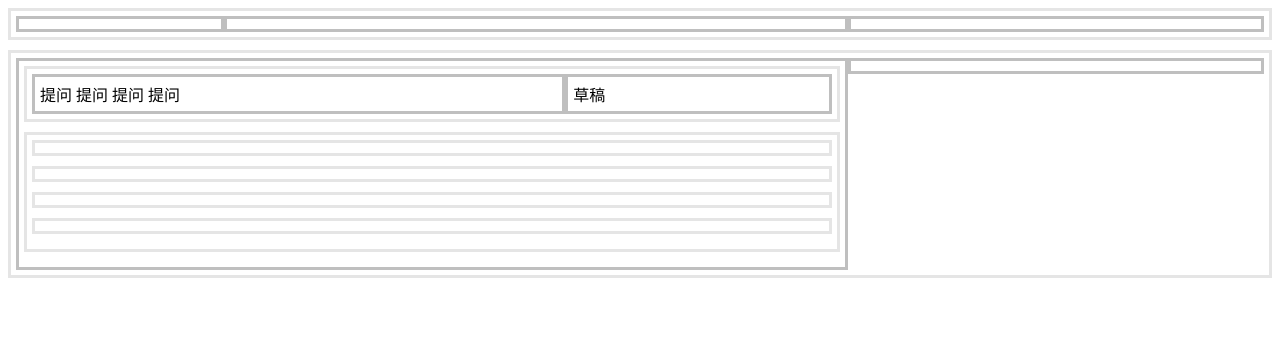
Repository: 0xbul1/biao-class-3
Page: practice/012-float-grid/zhihu.html
An editor plug-in stored every save of this project. The page is shown before and after the next save, followed by the edit.
The browser window is 1280 px wide. The pictures show the whole page.

Above is the page before, as saved 2018-10-04 14:15:11.

### practice/012-float-grid/zhihu.html
<style>
    * {
        box-sizing: border-box;
    }
    .row {
        border: solid rgba(0, 0, 0, .1);
        margin-bottom: 10px;
        padding: 5px;
    }
    .row::before,
    .row::after {
        content: '';
        display: block;
        clear: both;
    }
    .col-1,
    .col-2,
    .col-3,
    .col-4,
    .col-5,
    .col-6,
    .col-7,
    .col-8,
    .col-9,
    .col-10,
    .col-11,
    .col-12,
    .col {
        float: left;
        padding: 5px;
        border: solid rgba(0, 0, 0, .25);
    }
    .col-1 {
        width: 8.333333333333333%;
    }
    .col-2 {
        width: 16.666666666666666%;
    }
    .col-3 {
        width: 25%;
    }
    .col-4 {
        width: 33.333333333333333%;
    }
    .col-5 {
        width: 41.666666666666666%;
    }
    .col-6 {
        width: 50%;
    }
    .col-7 {
        width: 58.333333333333333%;
    }
    .col-8 {
        width: 66.666666666666666%;
    }
    .col-9 {
        width: 75%;
    }
    .col-10 {
        width: 83.333333333333333%;
    }
    .col-11 {
        width: 91.666666666666666%;
    }
    .col-12 {
        width: 100%;
    }
</style>
<div class="row nav">
    <div class="col-2"></div>
    <div class="col-6"></div>
    <div class="col-4"></div>
</div>
<div class="row">
    <div class="col-8 content">
        <div class="row tool">
            <div class="col-8"> 提问 提问 提问 提问</div>
            <div class="col-4">草稿</div>
        </div>
        <div class="row activity">
            <div class="row"></div>
            <div class="row"></div>
            <div class="row"></div>
            <div class="row"></div>
        </div>
    </div>
    <div class="col-4 sidebar"></div>
</div>

After the next save:
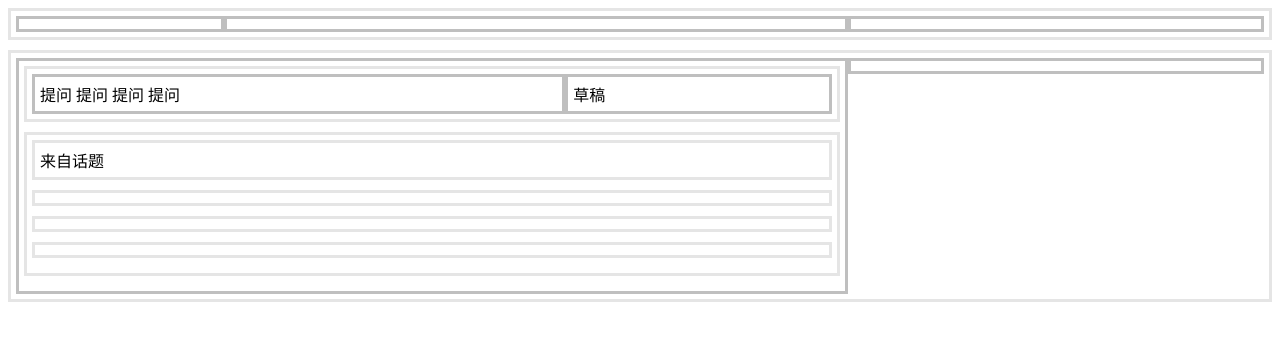
Saved 22 s later.
--- a/practice/012-float-grid/zhihu.html
+++ b/practice/012-float-grid/zhihu.html
@@ -79,7 +79,7 @@
             <div class="col-4">草稿</div>
         </div>
         <div class="row activity">
-            <div class="row"></div>
+            <div class="row">来自话题</div>
             <div class="row"></div>
             <div class="row"></div>
             <div class="row"></div>
